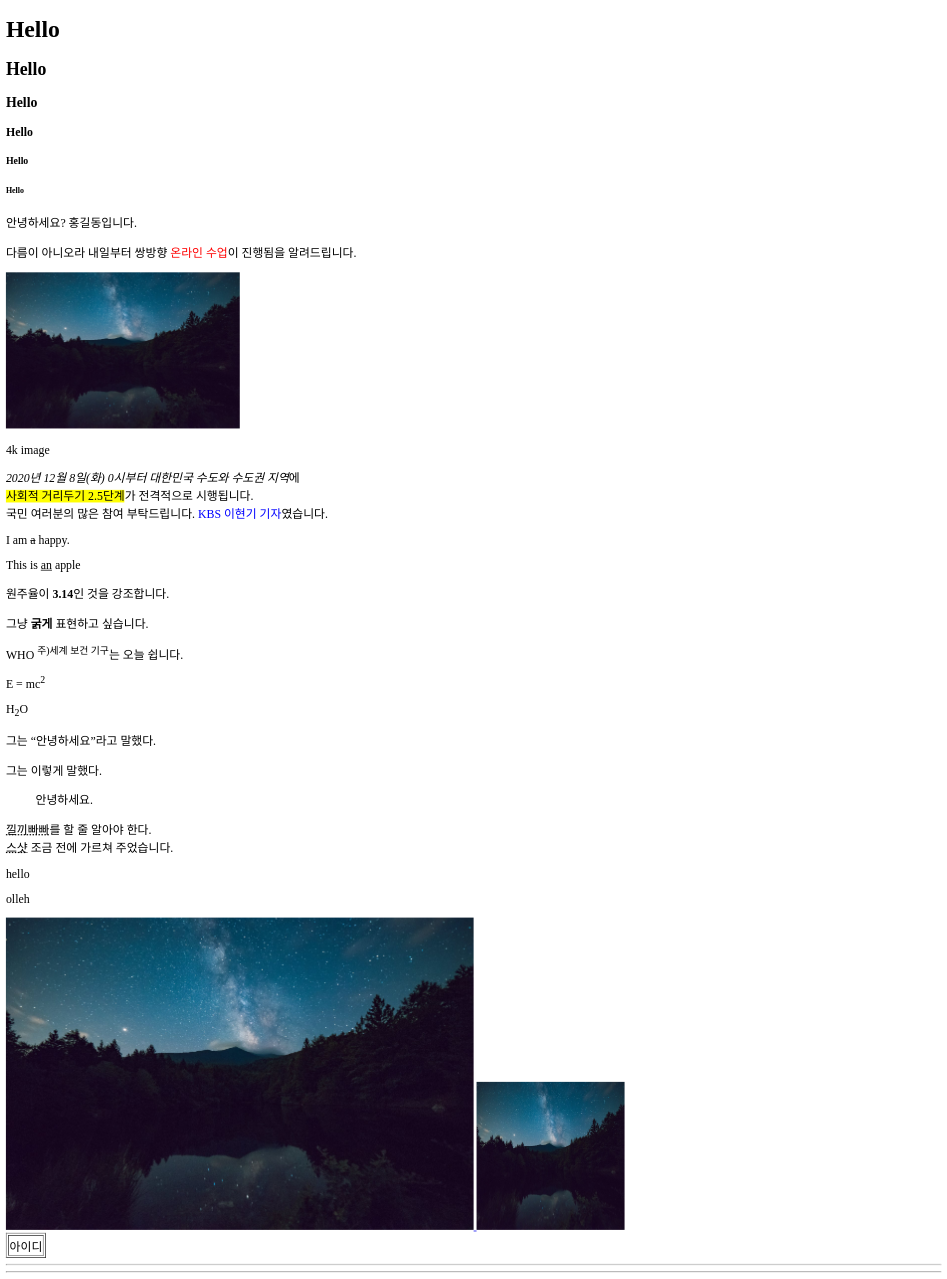
Repository: woneeseo/javastudy
Page: htmlStudy/workspace_html/HelloWorld/WebContent/f.html
An editor plug-in stored every save of this project. The page is shown before and after the next save, followed by the edit.
The browser window is 1280 px wide. The pictures show the whole page, at 74% of full size.

Above is the page before, as saved 2020-12-07 06:51:57.

### htmlStudy/workspace_html/HelloWorld/WebContent/f.html
<!DOCTYPE html>
<html>
<head>
<meta charset="UTF-8">
<title>Insert title here</title>
</head>
<body>
<!-- 헤더태그 -->
<!-- 블락태그 -> 위/아래 자동 줄바꿈 발생 -->

<h1>Hello</h1>
<!-- h1이 제목으로 많이 쓰임 -->
<h2>Hello</h2>
<h3>Hello</h3>
<!-- 부제목으로 h3이 자주 쓰임 -->
<h4>Hello</h4>
<h5>Hello</h5>
<h6>Hello</h6>


<p>
<!-- 문단을 표기할 때 주로 <p></p>를 씀 (문장이 여러개를 이루어 문단을 이룰 때) -->
	안녕하세요?
	홍길동입니다.
	<!-- <br>태그를 넣어야 줄바꿈이 일어난다. -->
	<!-- 이클립스에서 엔터로 줄바꿔 쓴다고 하더라도 출력은 한줄로 됨 -->
</p>

<p>

	다름이 아니오라
	내일부터 쌍방향 <span style="color: red">온라인 수업</span>이 진행됨을 알려드립니다.
	<!-- <p>태그는 일반적으로 텍스트를 넣어주고 내부에 태그가 들어가는 일이 거의 없으나 -->
	<!-- <span></span> css에서 문장 내에서 특정한 글씨에 효과를 줄 때 사용함 -->
</p>

<div>

	<img style="width: 25%; height: 25%;" alt="4k image" src="test.jpeg"><br>
	<p>4k image</p>
	<!-- div는 태그를 넣어서 쓰기 위해 사용함 / 컨테이너 역할을 함 -->
	<!-- img태그와 p태그를 한 덩어리로 쓰기 위해서 사용함 -->
	<!-- div는 내부에 어떤 내용이 들어있는지 알 수 없음. 그래서 사용하는것이 section 태그 -->

</div>

<section>
	<article>
	<!-- section / article : 시멘틱 태그 (의미가 있는 태그명) -->
		<i>2020년 12월 8일(화) 0시부터</i> <em>대한민국 수도와 수도권 지역</em>에 <br>
		<mark>사회적 거리두기 2.5단계</mark>가 전격적으로 시행됩니다. <br>
		국민 여러분의 많은 참여 부탁드립니다. <span style="color: blue">KBS 이현기 기자</span>였습니다.
		<!-- i태그 : 이탤릭체 / em태그 : 강조하기 위해서 기울여 쓸 때(기울임체 emphasis) -->
		<!-- 결과는 똑같지만 em태그는 시각장애인용 시스템에서 강조해서 읽어들여지는 기능을 함 -->
		<!-- <mark> : 형광펜으로 칠한 듯 한 강조표기를 할 수 있음 -->
	</article>
</section>

<p>I am <del>a</del> happy.</p>
<p>This is <ins>an</ins> apple</p>

<!-- del : 지워야 하는 텍스트일 때 (중간선) / ins : 반드시 있어야만 하는 텍스트일 때 (밑줄)-->
<!-- css와 시멘틱태그 : css는 시각장애인용 스크린리더에서 제대로 인식하지 못하는 경우가 있어 -->
<!-- 삽입, 삭제등 시멘틱태그로 사용할 수 있는 경우에는 반드시 시맨틱태그로 사용해준다. -->

<p>원주율이 <strong>3.14</strong>인 것을 강조합니다.</p> <!-- 시맨틱태그 -->
<p>그냥 <b>굵게</b> 표현하고 싶습니다.</p>
<!-- 두가지의 실행결과는 같음. but 의미가 다르다. -->
<!-- strong 태그를 사용해주는 것이 좋음 -->

<p>WHO <sup>주)세계 보건 기구</sup>는 오늘 쉽니다.</p>
<p>E = mc<sup>2</sup></p>
<!-- <sup> : 주석처리하기 / 주석이 되는 텍스트가 살짝 위로 올라가게 표현됨 (ex.2의 n승 표현..)-->
<p>H<sub>2</sub>O</p>
<!-- <sub> : 주석처리하기 / 주석이 되는 텍스트가 살짝 아래로 내려가게 표현됨 (ex.화학식..) -->

<p>그는 <q>안녕하세요</q>라고 말했다.</p>
<!-- <q> : 문장 중에 인용구를 넣어햐 할 때 큰따옴표 대신 <q>를 쓴다. -->

<p>그는 이렇게 말했다.</p>
<blockquote>안녕하세요.</blockquote><!-- <blockquote> : 들여쓰기 기능 -->

<abbr title="낄 때 끼고 빠질 때 빠진다.">낄끼빠빠</abbr>를 할 줄 알아야 한다.
<br>
<abbr title="스크린 샷">스샷</abbr> 조금 전에 가르쳐 주었습니다.
<!-- <abbr> : 단축칸/축약칸. 이 단어가 단축어/축약어/약어 임을 나타내주는 태그 -->
<!-- title속성을 이용해 어떤 이야기를 단축한 것인지 표현해 줄 수 있음 -->

<p>hello</p>
<p><bdo dir="rtl">hello</bdo></p>
<!-- <bdo> 의 dir 속성을 이용하면 오른쪽-왼쪽으로 문자열을 표현할 수 있음 -->
<!-- dir=ltr(left to right) : 왼쪽에서 오른쪽으로 텍스트 읽기 -->
<!-- dir=rtl(right to left) : 오른쪽에서 왼쪽으로 텍스트 읽기 (ex.아랍어) -->

<a href="https://www.nate.com">
<img alt="4k image" src="test.jpeg" style="width: 50%; height: 50%;">
</a>
<!-- 이미지 파일에 하이퍼링크 달기 : img태그를 a태그로 감싸기 -->

<!-- area를 지정해 해당 area를 클릭하면 각각 다른 페이지로 넘어가도록 하이퍼링크 다는 방법 -->
<!-- map 과 area 태그를 이용한다. -->

<img alt="4k image" src="test.jpeg" style="width: 200px; height: 200px;" usemap="#myMap">
<!-- img 태그의 usemap 속성을 사용해 id태그를 걸어주고 -->
<map name="myMap">
<!-- map에서 name(=id)을 usemap에서 걸었던 태그 명과 동일하게 해준 뒤 -->
<!-- area 태그를 감싸준다 -->

	<area alt="이미지의 왼쪽" shape="rect" coords="0, 0, 100, 100" href="https://www.google.com">
	<area alt="이미지의 오른쪽" shape="rect" coords="101, 101, 200, 200" href="https://www.naver.com">
	<!-- area태그는 이미지의 크기만 알면 coords 속성을 이용해 어디든지 지정할 수 있고 -->
	<!-- shape를 통해 원형, 직사각형, 다각형등의 형태로 모양을 줄 수도 있음/ 링크는 href속성으로 걸어준다.-->

</map>


<table border="1">
<!-- table : 표! -->
	<thead>
		<tr>
			<td>아이디</td>
		</tr>
	</thead>

</table>



<hr>
<hr>
<!-- 웹 페이지에 가로줄 넣기 : horizontal tag -->
<!-- 보통 css에서 div에서 아랫줄만 표시 해 가로줄 넣는 것이 일반적임 -->




</body>
</html>

After the next save:
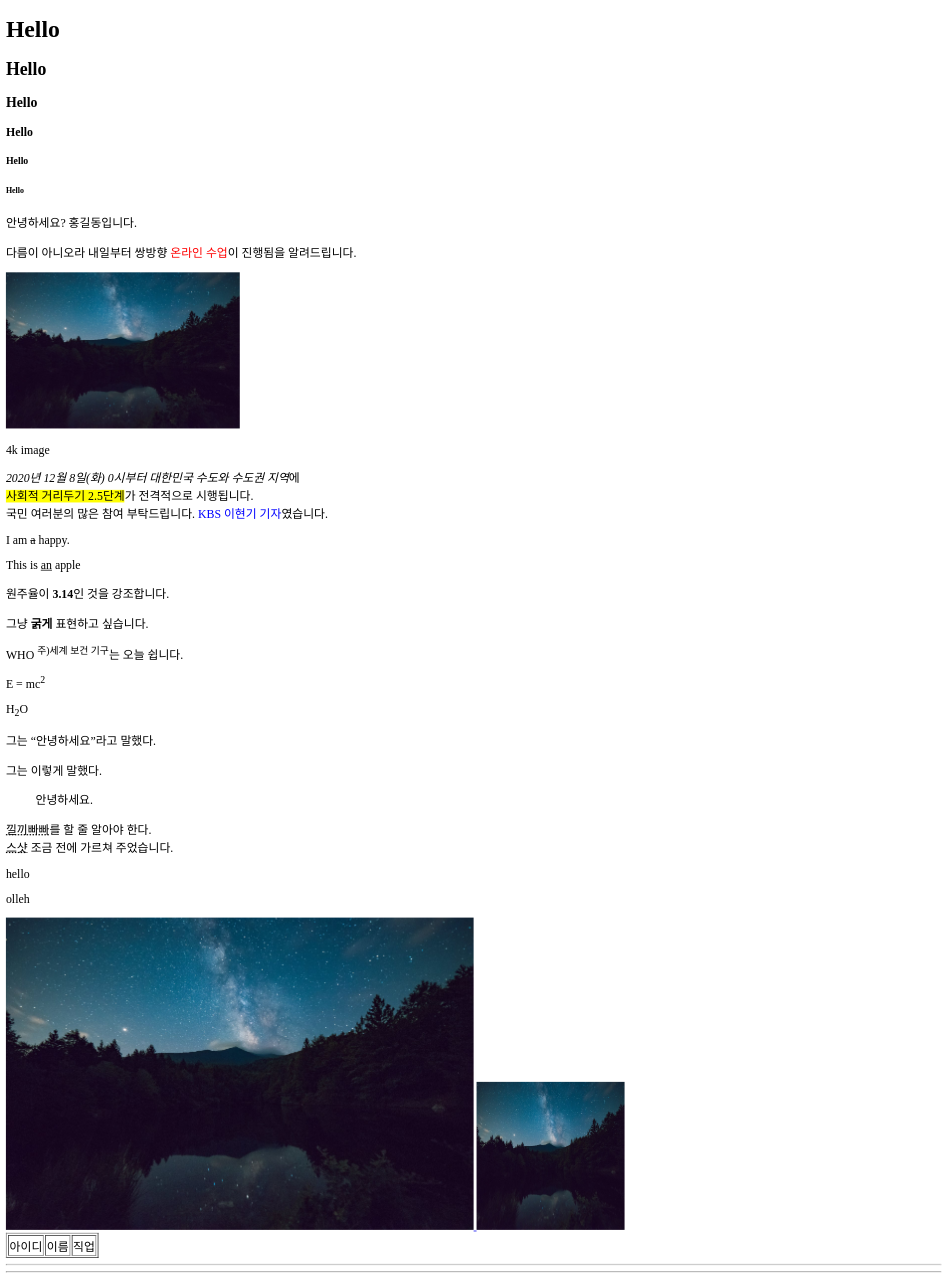
Saved 48 s later.
--- a/htmlStudy/workspace_html/HelloWorld/WebContent/f.html
+++ b/htmlStudy/workspace_html/HelloWorld/WebContent/f.html
@@ -118,7 +118,11 @@
 <!-- table : 표! -->
 	<thead>
 		<tr>
+		<!-- 테이블 행 -->
 			<td>아이디</td>
+			<!-- td : 테이블 컬럼 -->
+			<td>이름</td>
+			<td>직업</td>
 		</tr>
 	</thead>
 
